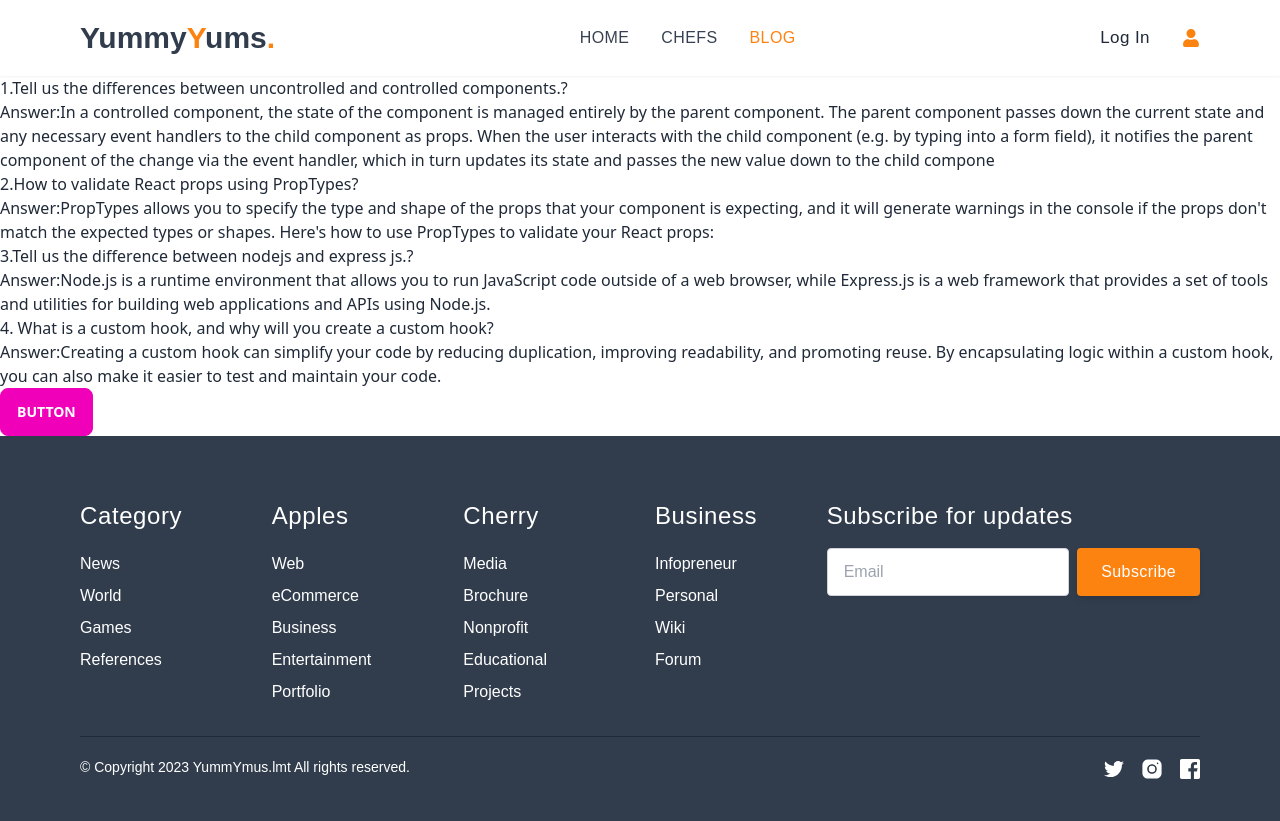
Repository: mdrubel02/yummy-yums-client
Page: /blog
The author's editor kept a copy of each file at every save. The page is drawn from the files as they stood at one save, then again after the next save.
The browser window is 1280 px wide. The pictures show the whole page.
The project was rebuilt for these pictures with package versions that can differ from the ones it lists, and the page was loaded fresh each time. Also part of the build but not shown: vite.config.js, src/Pages/Home/BannerItem.jsx, src/Pages/Home/Banner.jsx, src/Shared/SectionTitle/SectionTitle.jsx, src/Pages/Chefs/Chef.jsx, src/Pages/Chefs/Chefs.jsx, src/Pages/Home/categories.jsx, src/Pages/Home/Activities.jsx and 13 more.

Above is the page before, as saved 2023-05-04 21:18:13.

### index.html
<!DOCTYPE html>
<html lang="en">
  <head>
    <meta charset="UTF-8" />
    <link rel="icon" type="image/svg+xml" href="/vite.svg" />
    <meta name="viewport" content="width=device-width, initial-scale=1.0" />
    <title>YummyYums</title>
  </head>
  <body>
    <div id="root"></div>
    <script type="module" src="/src/main.jsx"></script>
  </body>
</html>

### src/main.jsx
import React from 'react'
import ReactDOM from 'react-dom/client'
import App from './App'
import './index.css'
import AuthProviders from './Context/AuthProviders'
import router from './Layout/router'
import { RouterProvider } from 'react-router-dom'
import { Toaster } from 'react-hot-toast';

ReactDOM.createRoot(document.getElementById('root')).render(
  <React.StrictMode>
    <AuthProviders>
      <Toaster />
      <RouterProvider router={router} />
    </AuthProviders>
  </React.StrictMode>,
)

### src/Context/AuthProviders.jsx
import { GithubAuthProvider, GoogleAuthProvider, createUserWithEmailAndPassword, getAuth, onAuthStateChanged, signInWithPopup, signOut, updateProfile } from 'firebase/auth';
import React, { createContext, useEffect, useState } from 'react';
import app from '../Firebase/firebase.config';

export const AuthContext = createContext(null)
const auth = getAuth(app);
const AuthProviders = ({children}) => {
   const [user,setUser]=useState(null)
   const [loading,setLoading] = useState(true)
    const googleProvider = new GoogleAuthProvider();
    const githubProvider = new GithubAuthProvider();
  //sign with create user
  const createUser = (email,password)=>{
    return createUserWithEmailAndPassword(auth, email, password)
  }
    // user sign in
    const userSignIn=(email,password)=>{
        setLoading(true)
        return signInWithEmailAndPassword(auth,email,password)
    }
  //signIn with google
    const googleSignIn = ()=>{
        setLoading(true)
        return signInWithPopup(auth, googleProvider)
    }
  //signIn with google
    const githubSignIn = ()=>{
        setLoading(true)
        return signInWithPopup(auth, githubProvider)
    }
       // update user profile
       const updateUserProfile=(profile)=>{
        setLoading(true)
        return updateProfile(auth.currentUser,profile)
    }
    //handle logout
    const handleLogout = ()=>{
        setLoading(true)
        return signOut(auth)
    }
    useEffect(()=>{
        const unsubscribe = onAuthStateChanged(auth, (user) =>{
            console.log('user is here', user);
            setUser(user)
            setLoading(false)
        })
        return ()=>{
            return unsubscribe()
        }
    },[])
    const userInfo = { googleSignIn,createUser,user,handleLogout,updateUserProfile,loading,githubSignIn,userSignIn}
    return (
        <AuthContext.Provider value={userInfo}>
            {children }
        </AuthContext.Provider>
    );
};

export default AuthProviders;

### src/Layout/router.jsx
import { createBrowserRouter } from "react-router-dom";
import Main from "./Main";
import Home from "../Pages/Home/Home";
import Login from "../User/Login";
import Register from "../User/Register";
import Blog from "../Components/Blog/Blog";
import Blogs from "../Pages/Blogs/Blogs";
import ErrorPage from "../Pages/ErrorPage/ErrorPage";
import Chefs from "../Pages/Chefs/Chefs";
import ChefSingle from "../Pages/Chefs/ChefSingle/ChefSingle";
import PrivateRoute from "./PrivateRoute";




const router = createBrowserRouter([{
    path: '/',
    element: <Main />,
    errorElement:<ErrorPage/>,
    children: [
        { path: '/', element: <Home /> },
        { path: '/home', element: <Home /> },
        { path: '/login', element: <Login /> },
        {path:'/register',element:<Register />},
        {path:'/blog',element:<Blogs/>},
        {path:'/chefs',element:<Chefs/>},
        {path:'/chefSingle/:id',
        loader: async ({ params }) => {
            return fetch(`http://localhost:5000/chefSingle/${params.id}`)
        },
        element:<PrivateRoute><ChefSingle/></PrivateRoute>},
    ]
}]);
export default router;

### src/Layout/Main.jsx
import React from 'react';
import { Outlet } from 'react-router-dom';
import Header from '../Shared/Header/Header';
import Footer from '../Shared/Footer/Footer';

const Main = () => {
    return (
        <div>
            <Header />
            <Outlet />
            <Footer />
        </div>
    );
};

export default Main;

### src/Pages/Blogs/Blogs.jsx
import React from 'react';

const Blogs = () => {
    return (
        <section className='container max-auto'>
            <div>
                <h2>1.Tell us the differences between uncontrolled and controlled components.?</h2>
                <p>Answer:In a controlled component, the state of the component is managed entirely by the parent component. The parent component passes down the current state and any necessary event handlers to the child component as props. When the user interacts with the child component (e.g. by typing into a form field), it notifies the parent component of the change via the event handler, which in turn updates its state and passes the new value down to the child compone</p>
                <h2>2.How to validate React props using PropTypes?</h2>
                <p>Answer:PropTypes allows you to specify the type and shape of the props that your component is expecting, and it will generate warnings in the console if the props don't match the expected types or shapes. Here's how to use PropTypes to validate your React props:</p>
                <h2>3.Tell us the difference between nodejs and express js.?</h2>
                <p>Answer:Node.js is a runtime environment that allows you to run JavaScript code outside of a web browser, while Express.js is a web framework that provides a set of tools and utilities for building web applications and APIs using Node.js.</p>
                <h2> 4. What is a custom hook, and why will you create a custom hook?</h2>
                <p>Answer:Creating a custom hook can simplify your code by reducing duplication, improving readability, and promoting reuse. By encapsulating logic within a custom hook, you can also make it easier to test and maintain your code.</p>
            </div>
            <div>
            <button className="btn btn-secondary">Button</button>
            </div>
        </section>
    );
};

export default Blogs;

### src/Shared/Footer/Footer.jsx
import React from 'react';



const Footer = () => {
    return (
        <div className="bg-secondary font-jost">
        <div className="pt-16 mx-auto px-4 sm:px-10 lg:px-20 ">
          <div className="grid row-gap-10 mb-8 lg:grid-cols-6">
            <div className="grid grid-cols-2 gap-5 row-gap-8 lg:col-span-4 md:grid-cols-4">
              <div>
                <p className="font-medium tracking-wide text-white text-2xl mb-5 font-jost">
                  Category
                </p>
                <ul className="mt-2 space-y-2">
                  <li>
                    <a
                      href="/"
                      className="text-white transition-colors duration-300 hover:text-deep-purple-accent-200"
                    >
                      News
                    </a>
                  </li>
                  <li>
                    <a
                      href="/"
                      className="text-white transition-colors duration-300 hover:text-deep-purple-accent-200"
                    >
                      World
                    </a>
                  </li>
                  <li>
                    <a
                      href="/"
                      className="text-white transition-colors duration-300 hover:text-deep-purple-accent-200"
                    >
                      Games
                    </a>
                  </li>
                  <li>
                    <a
                      href="/"
                      className="text-white transition-colors duration-300 hover:text-deep-purple-accent-200"
                    >
                      References
                    </a>
                  </li>
                </ul>
              </div>
              <div>
                <p className="font-medium tracking-wide text-white text-2xl mb-5 font-jost">Apples</p>
                <ul className="mt-2 space-y-2">
                  <li>
                    <a
                      href="/"
                      className="text-white transition-colors duration-300 hover:text-deep-purple-accent-200"
                    >
                      Web
                    </a>
                  </li>
                  <li>
                    <a
                      href="/"
                      className="text-white transition-colors duration-300 hover:text-deep-purple-accent-200"
                    >
                      eCommerce
                    </a>
                  </li>
                  <li>
                    <a
                      href="/"
                      className="text-white transition-colors duration-300 hover:text-deep-purple-accent-200"
                    >
                      Business
                    </a>
                  </li>
                  <li>
                    <a
                      href="/"
                      className="text-white transition-colors duration-300 hover:text-deep-purple-accent-200"
                    >
                      Entertainment
                    </a>
                  </li>
                  <li>
                    <a
                      href="/"
                      className="text-white transition-colors duration-300 hover:text-deep-purple-accent-200"
                    >
                      Portfolio
                    </a>
                  </li>
                </ul>
              </div>
              <div>
                <p className="font-medium tracking-wide text-white text-2xl mb-5 font-jost">Cherry</p>
                <ul className="mt-2 space-y-2">
                  <li>
                    <a
                      href="/"
                      className="text-white transition-colors duration-300 hover:text-deep-purple-accent-200"
                    >
                      Media
                    </a>
                  </li>
                  <li>
                    <a
                      href="/"
                      className="text-white transition-colors duration-300 hover:text-deep-purple-accent-200"
                    >
                      Brochure
                    </a>
                  </li>
                  <li>
                    <a
                      href="/"
                      className="text-white transition-colors duration-300 hover:text-deep-purple-accent-200"
                    >
                      Nonprofit
                    </a>
                  </li>
                  <li>
                    <a
                      href="/"
                      className="text-white transition-colors duration-300 hover:text-deep-purple-accent-200"
                    >
                      Educational
                    </a>
                  </li>
                  <li>
                    <a
                      href="/"
                      className="text-white transition-colors duration-300 hover:text-deep-purple-accent-200"
                    >
                      Projects
                    </a>
                  </li>
                </ul>
              </div>
              <div>
                <p className="font-medium tracking-wide text-white text-2xl mb-5 font-jost">
                  Business
                </p>
                <ul className="mt-2 space-y-2">
                  <li>
                    <a
                      href="/"
                      className="text-white transition-colors duration-300 hover:text-deep-purple-accent-200"
                    >
                      Infopreneur
                    </a>
                  </li>
                  <li>
                    <a
                      href="/"
                      className="text-white transition-colors duration-300 hover:text-deep-purple-accent-200"
                    >
                      Personal
                    </a>
                  </li>
                  <li>
                    <a
                      href="/"
                      className="text-white transition-colors duration-300 hover:text-deep-purple-accent-200"
                    >
                      Wiki
                    </a>
                  </li>
                  <li>
                    <a
                      href="/"
                      className="text-white transition-colors duration-300 hover:text-deep-purple-accent-200"
                    >
                      Forum
                    </a>
                  </li>
                </ul>
              </div>
            </div>
            <div className="md:max-w-md lg:col-span-2">
              <span className="font-medium tracking-wide text-white text-2xl mb-5 font-jost">
                Subscribe for updates
              </span>
              <form className="flex flex-col mt-4 md:flex-row">
                <input
                  placeholder="Email"
                  required
                  type="text"
                  className="flex-grow w-full h-12 px-4 mb-3 transition duration-200 bg-white border border-gray-300 rounded shadow-sm appearance-none md:mr-2 md:mb-0 focus:border-deep-purple-accent-400 focus:outline-none focus:shadow-outline"
                />
                <button
                  type="submit"
                  className="inline-flex items-center justify-center h-12 px-6 font-medium tracking-wide text-white transition duration-200 rounded shadow-md bg-primary"
                >
                  Subscribe
                </button>
              </form>
            </div>
          </div>
          <div className="flex flex-col justify-between pt-5 pb-10 border-t border-gray-800 sm:flex-row">
            <p className="text-sm text-white">
              © Copyright 2023 YummYmus.lmt All rights reserved.
            </p>
            <div className="flex items-center mt-4 space-x-4 sm:mt-0">
              <a
                href="/"
                className="text-white transition-colors duration-300 hover:text-teal-accent-400"
              >
                <svg viewBox="0 0 24 24" fill="currentColor" className="h-5">
                  <path d="M24,4.6c-0.9,0.4-1.8,0.7-2.8,0.8c1-0.6,1.8-1.6,2.2-2.7c-1,0.6-2,1-3.1,1.2c-0.9-1-2.2-1.6-3.6-1.6 c-2.7,0-4.9,2.2-4.9,4.9c0,0.4,0,0.8,0.1,1.1C7.7,8.1,4.1,6.1,1.7,3.1C1.2,3.9,1,4.7,1,5.6c0,1.7,0.9,3.2,2.2,4.1 C2.4,9.7,1.6,9.5,1,9.1c0,0,0,0,0,0.1c0,2.4,1.7,4.4,3.9,4.8c-0.4,0.1-0.8,0.2-1.3,0.2c-0.3,0-0.6,0-0.9-0.1c0.6,2,2.4,3.4,4.6,3.4 c-1.7,1.3-3.8,2.1-6.1,2.1c-0.4,0-0.8,0-1.2-0.1c2.2,1.4,4.8,2.2,7.5,2.2c9.1,0,14-7.5,14-14c0-0.2,0-0.4,0-0.6 C22.5,6.4,23.3,5.5,24,4.6z" />
                </svg>
              </a>
              <a
                href="/"
                className="text-white transition-colors duration-300 hover:text-teal-accent-400"
              >
                <svg viewBox="0 0 30 30" fill="currentColor" className="h-6">
                  <circle cx="15" cy="15" r="4" />
                  <path d="M19.999,3h-10C6.14,3,3,6.141,3,10.001v10C3,23.86,6.141,27,10.001,27h10C23.86,27,27,23.859,27,19.999v-10   C27,6.14,23.859,3,19.999,3z M15,21c-3.309,0-6-2.691-6-6s2.691-6,6-6s6,2.691,6,6S18.309,21,15,21z M22,9c-0.552,0-1-0.448-1-1   c0-0.552,0.448-1,1-1s1,0.448,1,1C23,8.552,22.552,9,22,9z" />
                </svg>
              </a>
              <a
                href="/"
                className="text-white transition-colors duration-300 hover:text-teal-accent-400"
              >
                <svg viewBox="0 0 24 24" fill="currentColor" className="h-5">
                  <path d="M22,0H2C0.895,0,0,0.895,0,2v20c0,1.105,0.895,2,2,2h11v-9h-3v-4h3V8.413c0-3.1,1.893-4.788,4.659-4.788 c1.325,0,2.463,0.099,2.795,0.143v3.24l-1.918,0.001c-1.504,0-1.795,0.715-1.795,1.763V11h4.44l-1,4h-3.44v9H22c1.105,0,2-0.895,2-2 V2C24,0.895,23.105,0,22,0z" />
                </svg>
              </a>
            </div>
          </div>
        </div>
      </div>
    );
};




export default Footer;

Loaded but not shown: src/index.css (common file); src/Firebase/firebase.config.js (18 lines, source omitted); tailwind.config.js (21 lines, source omitted); src/Shared/Header/Header.jsx (190 lines, source omitted)

After the next save:
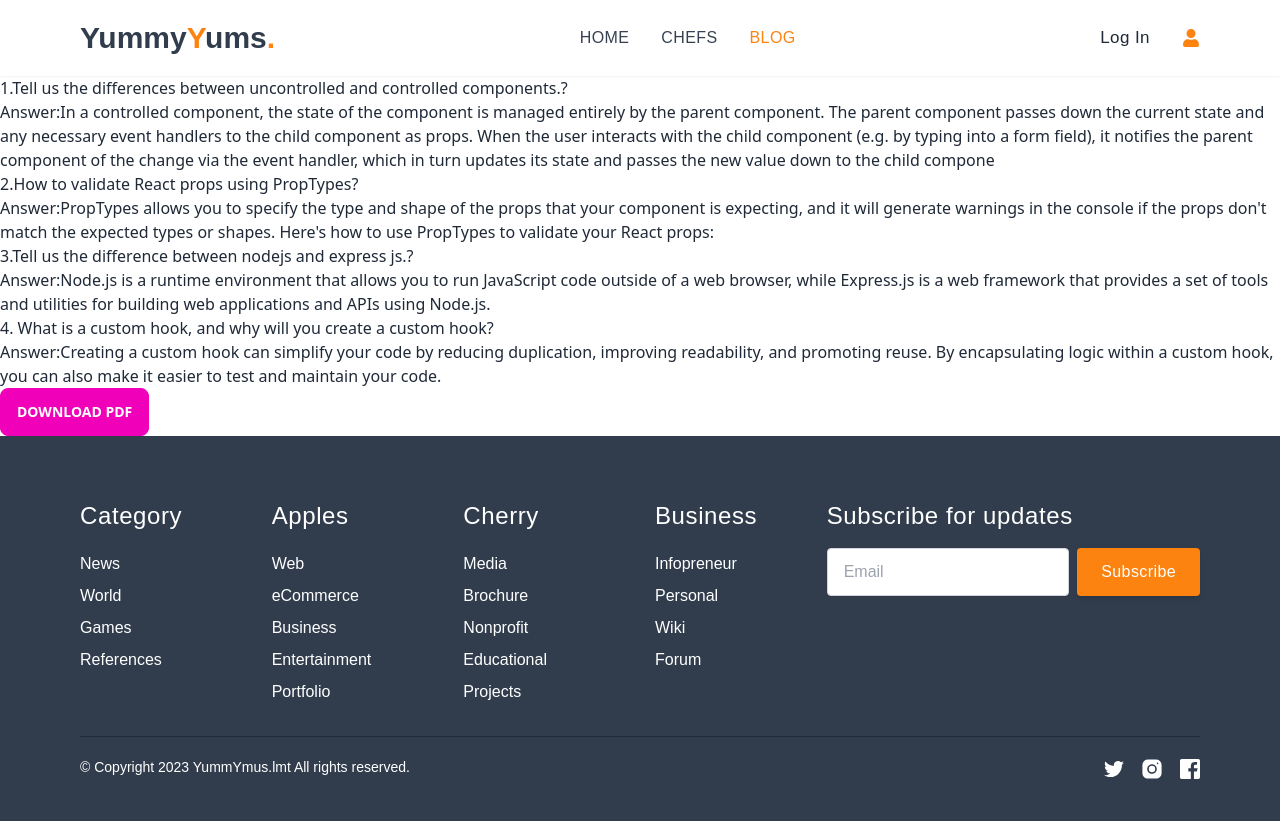
Saved 26 s later.
--- a/src/Pages/Blogs/Blogs.jsx
+++ b/src/Pages/Blogs/Blogs.jsx
@@ -14,7 +14,7 @@ const Blogs = () => {
                 <p>Answer:Creating a custom hook can simplify your code by reducing duplication, improving readability, and promoting reuse. By encapsulating logic within a custom hook, you can also make it easier to test and maintain your code.</p>
             </div>
             <div>
-            <button className="btn btn-secondary">Button</button>
+            <button className="btn btn-secondary">Download pdf</button>
             </div>
         </section>
     );
